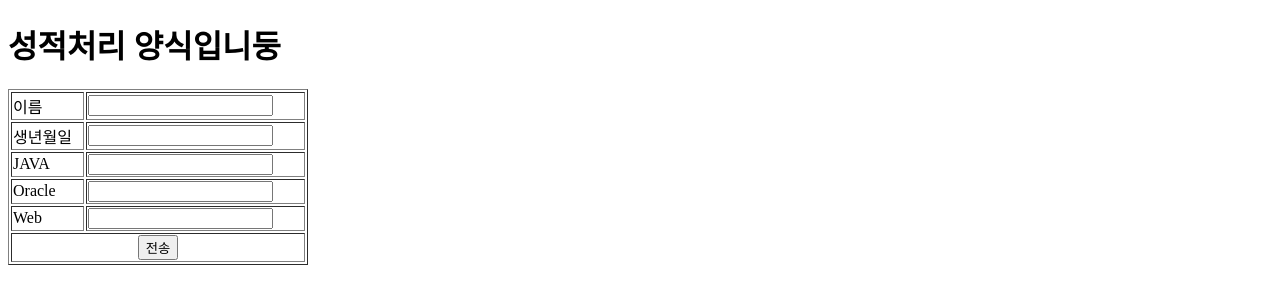
Repository: SouthSea0613/401_Unauthorized_java
Page: http://localhost/grade/
These files come from the project's save history. The page is drawn as it stood at one moment and after the next save; the edit follows.
The browser window is 1280 px wide. The pictures show the whole page.
The page is served by Tomcat 9.

Above is the page before, as saved 2024-12-03 04:58:04.

After the next save:
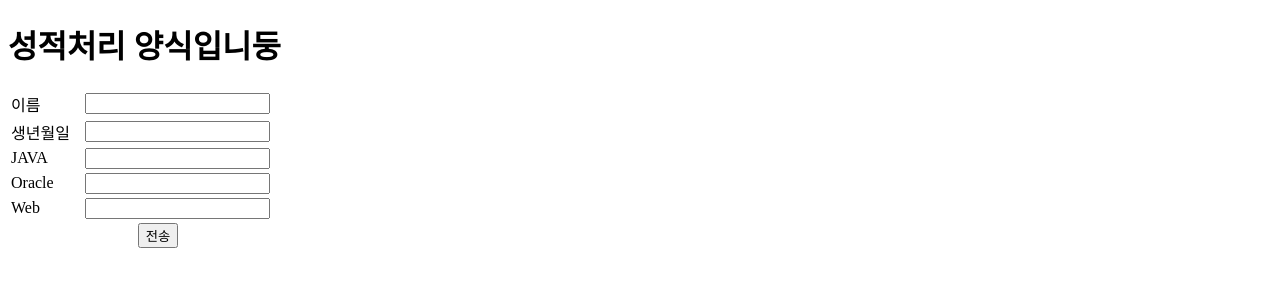
Saved 12 s later.
--- a/grade/grade/src/main/webapp/index.jsp
+++ b/grade/grade/src/main/webapp/index.jsp
@@ -9,7 +9,7 @@
 <body>
 	<h1>성적처리 양식입니둥</h1>
 	<form action="./score" method="post">
-		<table border="1" width="300">
+		<table width="300">
 				<tr>
 				<td>이름</td>
 				<td><input type="text" name="name" size="20"></td>
